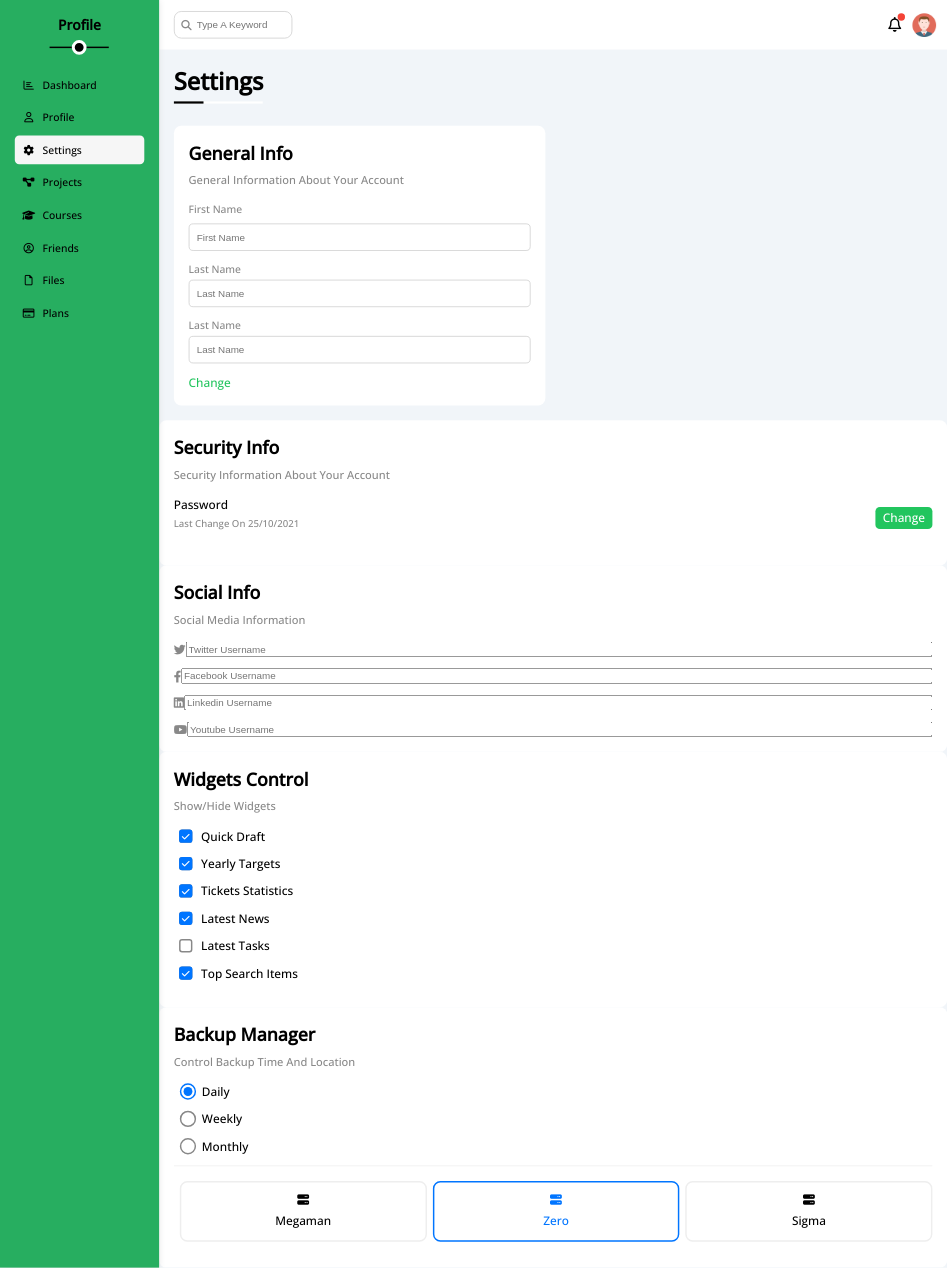
Repository: souhailaniba/Bookly
Page: public/assets/books webstie/settings.html
These files come from the project's save history. The page is drawn as it stood at one moment and after the next save; the edit follows.
The browser window is 1280 px wide. The pictures show the whole page, at 74% of full size.

Above is the page before, as saved 2023-01-27 14:48:23.

After the next save:
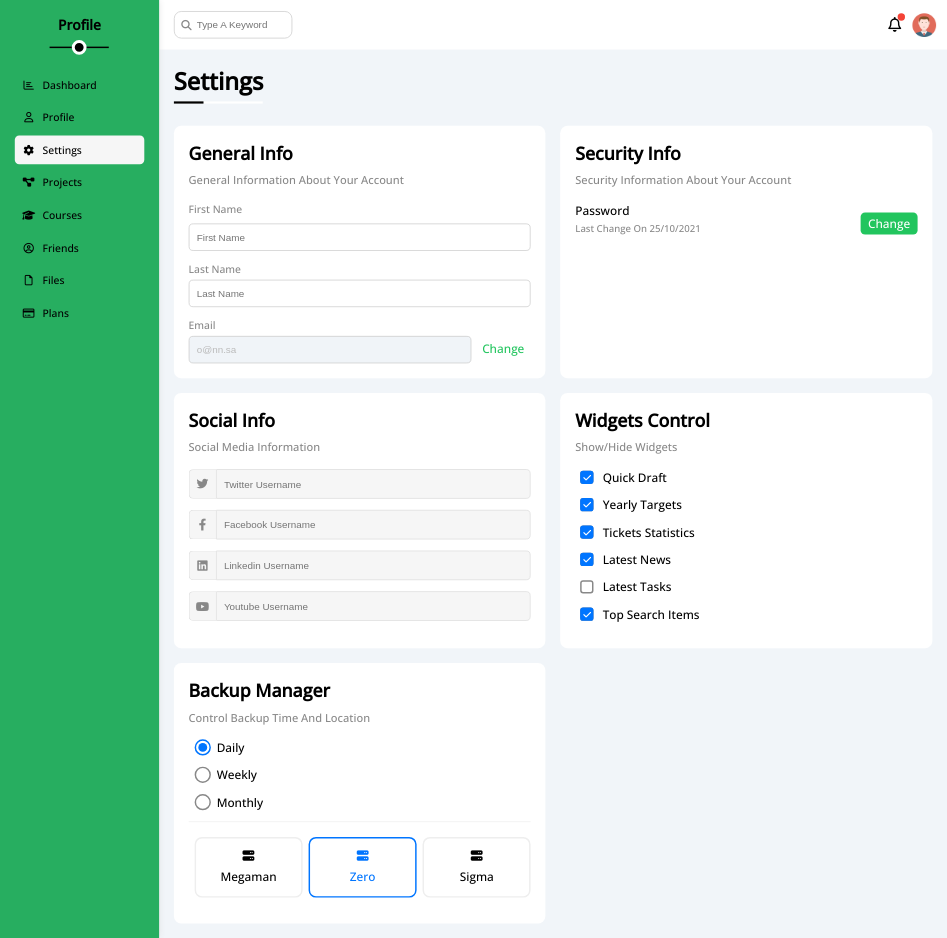
Saved 7 s later.
--- a/public/assets/books webstie/settings.html
+++ b/public/assets/books webstie/settings.html
@@ -106,15 +106,15 @@
                 placeholder="Last Name"
               />
             </div>
-            <div class="mb-15">
-              <label class="fs-14 c-grey d-block mb-5" for="last">Last Name</label>
+            <div>
+              <label class="fs-14 c-grey d-block mb-5" for="email">Email</label>
               <input
-                class="b-none border-ccc p-10 rad-6 d-block w-full"
-                id="last"
-                type="text"
-                placeholder="Last Name"
+                class="email b-none border-ccc p-10 rad-6 w-full mr-10"
+                id="email"
+                type="email"
+                value="o@nn.sa"
+                disabled
               />
-              </div>
               <a class="c-green" href="#">Change</a>
             </div>
           </div>
